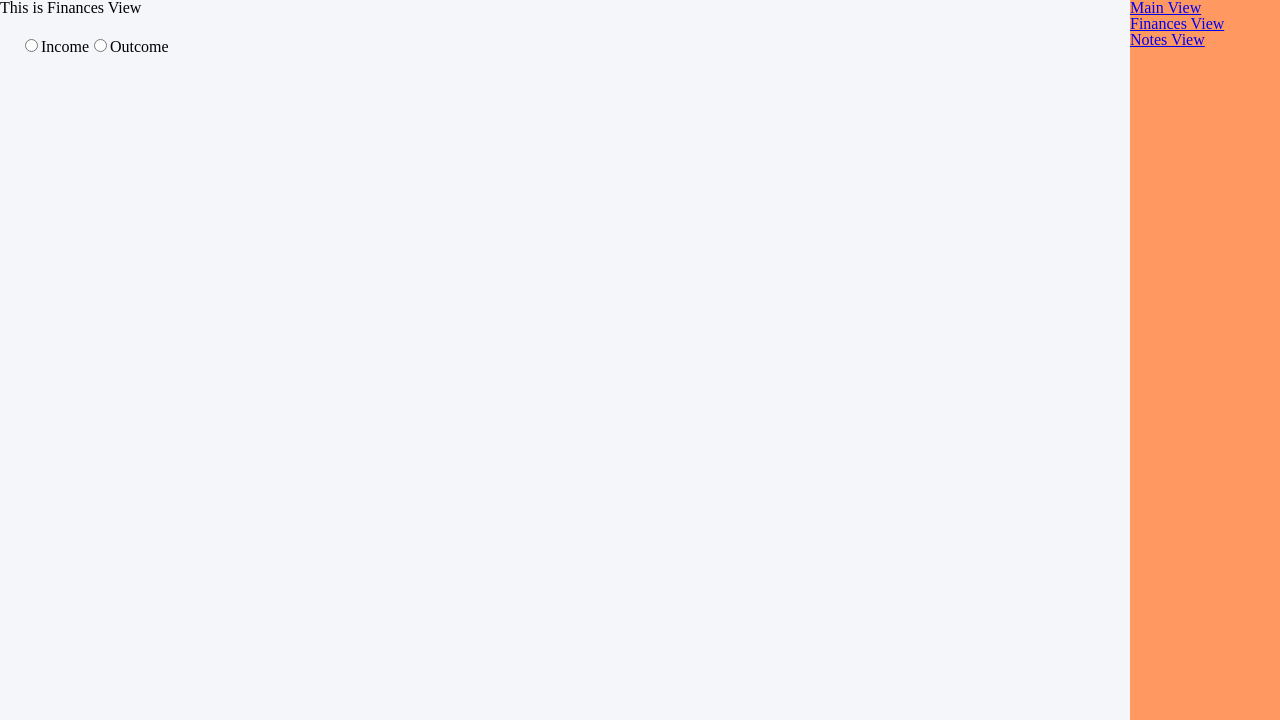
Repository: kryban93/Organiser-App
Page: /finances
An editor plug-in stored every save of this project. The page is shown before and after the next save, followed by the edit.
The browser window is 1280 px wide. The pictures show the whole page.
The project was rebuilt for these pictures with package versions that can differ from the ones it lists, and the page was loaded fresh each time. Also part of the build but not shown: src/index.css, src/Components/MainView/MainView.js, src/Components/NotesView/NotesView.scss, src/Components/Note/Note.scss, src/Components/Note/Note.js, src/Components/NotesView/NotesView.js.

Above is the page before, as saved 2020-10-13 19:39:49.

### src/App.js
import React from 'react';
import { BrowserRouter as Router, Switch, Route } from 'react-router-dom';
import './App.scss';
import MainView from './Components/MainView/MainView';
import Nav from './Components/Nav/Nav';
import FinancesView from './Components/FinancesView/FinancesView';
import NotesView from './Components/NotesView/NotesView';

function App() {
  return (
    <>
      <Router>
        <Nav />
        <main className='main'>
          <Switch>
            <Route exact path='/'>
              <MainView />
            </Route>
            <Route path='/finances'>
              <FinancesView />
            </Route>
            <Route path='/notes'>
              <NotesView />
            </Route>
          </Switch>
        </main>
      </Router>
    </>
  );
}

export default App;

### src/App.scss
@import './reset.scss';

.main {
  margin-right: 150px;
  background-color: #f4f6f9;
  min-height: 100vh;
}

### src/Components/Nav/Nav.js
import React from 'react';
import './Nav.scss';
import { NavLink } from 'react-router-dom';

const Nav = () => {
  return (
    <nav className='nav'>
      <div className='nav__menu'>
        <NavLink to='/'>
          <p>Main View</p>
        </NavLink>
        <NavLink to='/finances'>
          <p>Finances View</p>
        </NavLink>
        <NavLink to='/notes'>
          <p>Notes View</p>
        </NavLink>
      </div>
    </nav>
  );
};

export default Nav;

### src/Components/FinancesView/FinancesView.js
import React from 'react';
import './FinancesView.scss';

const FinancesView = () => {
  return (
    <section>
      <div>
        <h1>This is Finances View</h1>

        <form className='finance__form'>
          <label>
            <input type='radio' name='financeType' value='Income' />
            Income
          </label>
          <label>
            <input type='radio' name='financeType' value='Outcome' />
            Outcome
          </label>
        </form>
      </div>
    </section>
  );
};

export default FinancesView;

### src/Components/Nav/Nav.scss
.nav {
  background-color: #ff9961;
  position: absolute;
  top: 0;
  right: 0;
  height: 100%;
  width: 150px;
  display: flex;
}

### src/Components/FinancesView/FinancesView.scss
.finance {
  &__form {
    margin: 20px;
  }
}

Loaded but not shown: public/index.html (common file); src/index.js (common file); src/serviceWorker.js (common file); src/reset.scss (common file); src/index.css (no copy from this time; the picture is the same without it); src/Components/MainView/MainView.module.scss (no stored copy; drawn as an empty file)

After the next save:
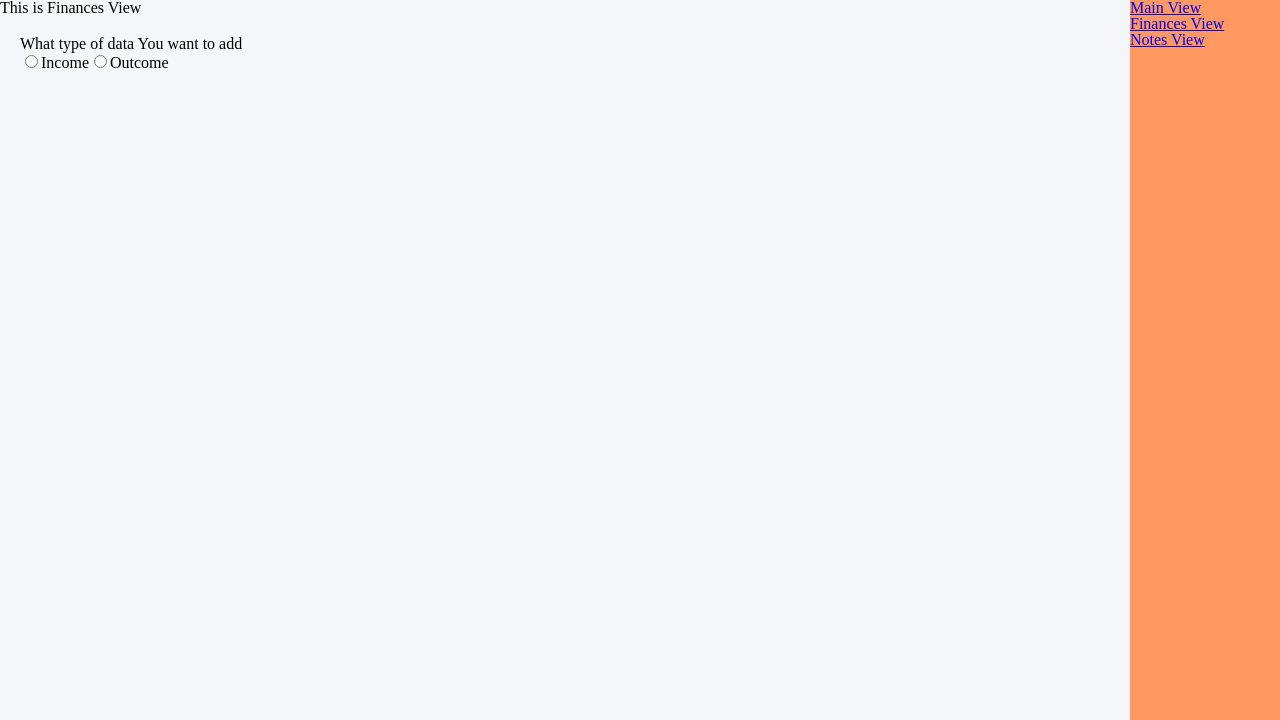
Saved 26 s later.
--- a/src/Components/FinancesView/FinancesView.js
+++ b/src/Components/FinancesView/FinancesView.js
@@ -8,6 +8,7 @@ const FinancesView = () => {
         <h1>This is Finances View</h1>
 
         <form className='finance__form'>
+          <h3>What type of data You want to add</h3>
           <label>
             <input type='radio' name='financeType' value='Income' />
             Income
